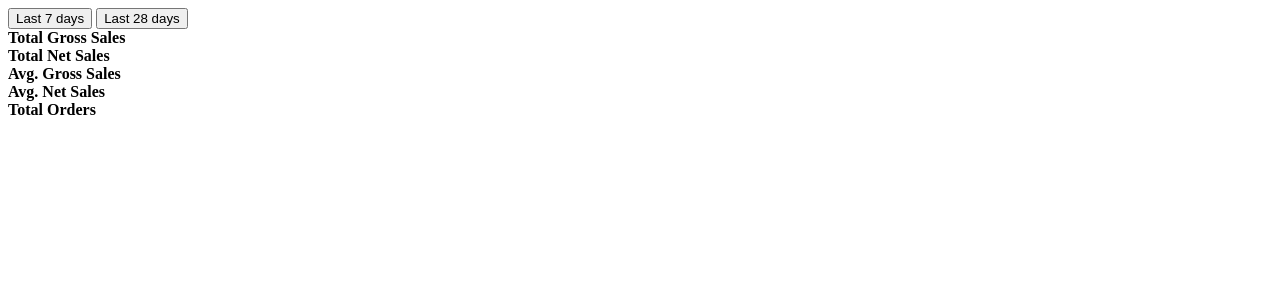
Repository: quockhuongtrann/Ecommerce-Website-With-Spring-Framework
Page: http://localhost/reports/sales_report_by_date
The author's editor kept a copy of each file at every save. The page is drawn from the files as they stood at one save, then again after the next save.
The browser window is 1280 px wide. The pictures show the whole page.
The page is this project's Thymeleaf template; nobody is signed in. The template is opened directly, without the code that normally fills it, so the values that code supplies are empty.

Above is the page before, as saved 2023-01-18 11:39:21.

After the next save:
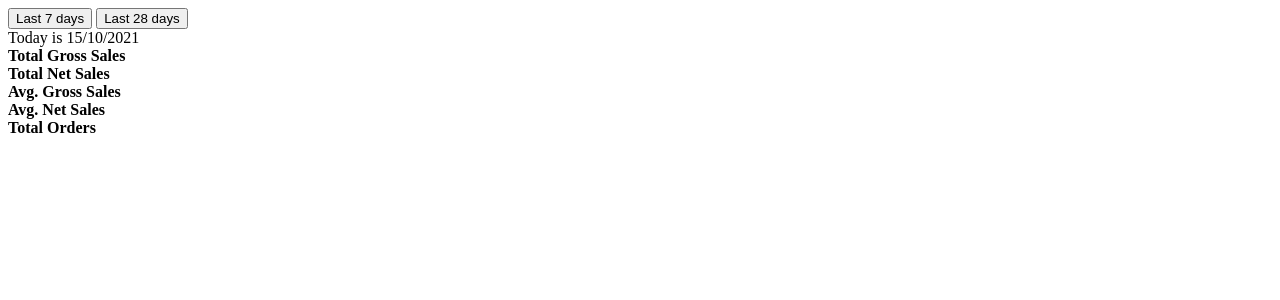
Saved 68 s later.
--- a/ShopTqkProject/ShopTqkWebParent/ShopTqkBackend/src/main/resources/templates/reports/sales_report_by_date.html
+++ b/ShopTqkProject/ShopTqkWebParent/ShopTqkBackend/src/main/resources/templates/reports/sales_report_by_date.html
@@ -5,6 +5,7 @@
 	<div>
 		<button period="last_7_days" class="btn btn-primary button-sales-by-date m-1">Last 7 days</button>
 		<button period="last_28_days" class="btn btn-light button-sales-by-date m-1">Last 28 days</button>
+		<div>Today is 15/10/2021</div>
 	</div>
 
 	<div id="chart_sales_by_date" class="justify-content-center mt-3">
